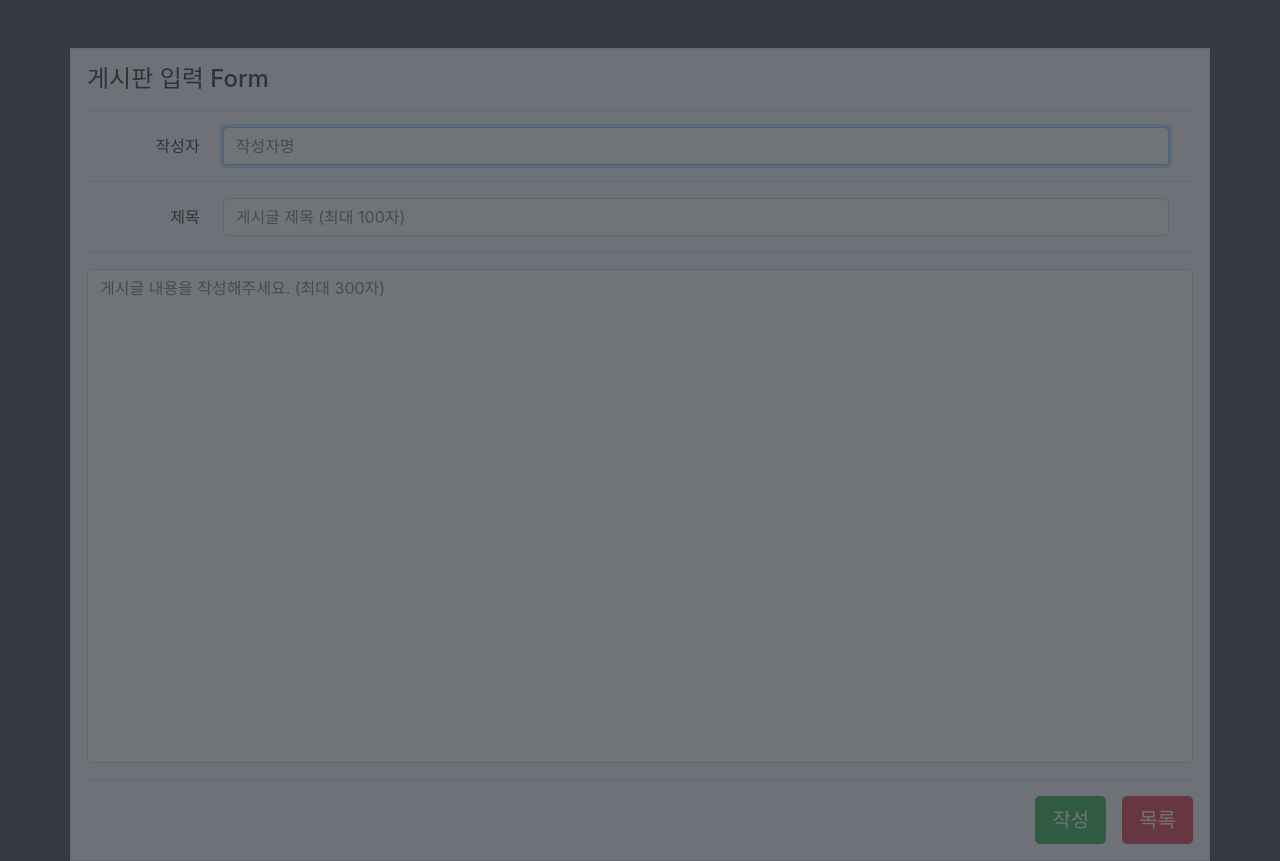
Repository: rasz60/ezen
Page: http://localhost/jspMVC/
An editor plug-in stored every save of this project. The page is shown before and after the next save, followed by the edit.
The browser window is 1280 px wide. The pictures show the whole page.
Some web libraries are served in a nearby version. The page is served by Tomcat 9. Other server files are loaded and not shown.

Above is the page before, as saved 2022-02-15 00:55:18.

### 04_jsp_servlet-workspace/jspMVC/src/main/webapp/writeForm.jsp
<%@ page language="java" contentType="text/html; charset=UTF-8"
    pageEncoding="UTF-8"%>
<%@ taglib prefix="c" uri="http://java.sun.com/jsp/jstl/core" %>
<%@ taglib prefix="fmt" uri="http://java.sun.com/jsp/jstl/fmt" %>
<%@ taglib prefix="sql" uri="http://java.sun.com/jsp/jstl/sql" %>
<%@ taglib prefix="x" uri="http://java.sun.com/jsp/jstl/xml" %>
<%@ taglib prefix="fn" uri="http://java.sun.com/jsp/jstl/functions" %>

<!DOCTYPE html>
<html lang="ko">
<head>
<meta charset="UTF-8">
<meta name="viewport" content="width=device-width, initial-scale=1">
<link rel="stylesheet" href="https://cdn.jsdelivr.net/npm/bootstrap@4.6.1/dist/css/bootstrap.min.css">
<link rel="stylesheet" href="https://pro.fontawesome.com/releases/v5.10.0/css/all.css"
	  integrity="sha384-AYmEC3Yw5cVb3ZcuHtOA93w35dYTsvhLPVnYs9eStHfGJvOvKxVfELGroGkvsg+p"
	  crossorigin="anonymous"/>
<script src="https://ajax.googleapis.com/ajax/libs/jquery/3.5.1/jquery.min.js"></script>
<script src="https://cdn.jsdelivr.net/npm/popper.js@1.16.1/dist/umd/popper.min.js"></script>
<script src="https://cdn.jsdelivr.net/npm/bootstrap@4.6.1/dist/js/bootstrap.bundle.min.js"></script>
<title>게시판 입력 Form</title>
<style>
@import url('https://fonts.googleapis.com/css2?family=Noto+Sans+KR:wght@100;300;400&display=swap');;
* {
	font-family: 'Noto Sans KR', sans-serif;
}

body {
	opacity : 30%;
}
textarea {
	resize: none;
	background-color: transparent;
}
</style>
</head>

<body class="bg-dark">

<div class="container p-3 border bg-light mt-5">
	<h4>게시판 입력 Form</h4>
	<hr />

	<form action="write.do" method="post">
		<div class="form-group row">
			<label for="bName" class="col-1 text-right ml-5 mr-2 my-auto" >작성자</label>
			<input type="text" name="bName" id="bName" class="form-control col-10" autofocus placeholder="작성자명"/>
		</div>
		<hr />
		<div class="form-group row">
			<label for="bTitle" class="col-1 text-right ml-5 mr-2 my-auto">제목</label>
			<input type="text" name="bTitle" id="bTitle" class="form-control col-10" placeholder="게시글 제목 (최대 100자)"/>
		</div>
		<hr />
		<div class="form-group text-center">
			<textarea name="bContent" id="bContent" cols="100" rows="20" class="form-control" placeholder="게시글 내용을 작성해주세요. (최대 300자)"></textarea>
		</div>
		<hr />
		<div class="d-flex justify-content-end">
			<input type="submit" value="작성" class="btn btn-success btn-lg mr-3"/>
			<a href="list.do"><input type="button" value="목록" class="btn btn-danger btn-lg" /></a>
		</div>
	</form>
</div>
</body>
</html>

### 04_jsp_servlet-workspace/jspMVC/src/main/java/com/wvwv/jspMVC/controller/BFrontController.java
package com.wvwv.jspMVC.controller;

import java.io.IOException;

import javax.servlet.RequestDispatcher;
import javax.servlet.ServletException;
import javax.servlet.annotation.WebServlet;
import javax.servlet.http.HttpServlet;
import javax.servlet.http.HttpServletRequest;
import javax.servlet.http.HttpServletResponse;

import com.wvwv.jspMVC.command.BCommand;
import com.wvwv.jspMVC.command.BWriteCommand;

/**
 * Servlet implementation class BFrontController
 */
@WebServlet("*.do")
public class BFrontController extends HttpServlet {
	private static final long serialVersionUID = 1L;

	BCommand command;

    /**
     * @see HttpServlet#HttpServlet()
     */
    public BFrontController() {
        super();
    }

	/**
	 * @see HttpServlet#doGet(HttpServletRequest request, HttpServletResponse response)
	 */
	protected void doGet(HttpServletRequest request, HttpServletResponse response) throws ServletException, IOException {
		System.out.println("doGet()");
		actionDo(request, response);
	}

	/**
	 * @see HttpServlet#doPost(HttpServletRequest request, HttpServletResponse response)
	 */
	protected void doPost(HttpServletRequest request, HttpServletResponse response) throws ServletException, IOException {
		System.out.println("doPost()");
		request.setCharacterEncoding("UTF-8");
		doGet(request, response);
	}

	protected void actionDo(HttpServletRequest request, HttpServletResponse response) throws ServletException, IOException {
		System.out.println("actionDo()");

		request.setCharacterEncoding("UTF-8");

		// RequestDispatcher로 이동할 페이지 url
		String viewPage = null;

		// request를 실제로 수행할 command class path
		BCommand command = null;

		// request uri(contextPath + command)에서 contextPath를 제외한 command 값만 저장
		String uri = request.getRequestURI();
		String cntxtPath = request.getContextPath();
		String cmd = uri.substring(cntxtPath.length());

		if( cmd.equals("/") ) {
			viewPage = "writeForm.jsp";
		} else if ( cmd.equals("/write.do") ) {
			command = new BWriteCommand();
			command.execute(request, response);
		}



		RequestDispatcher dispatcher = request.getRequestDispatcher(viewPage);
		dispatcher.forward(request, response);
	}
}

After the next save:
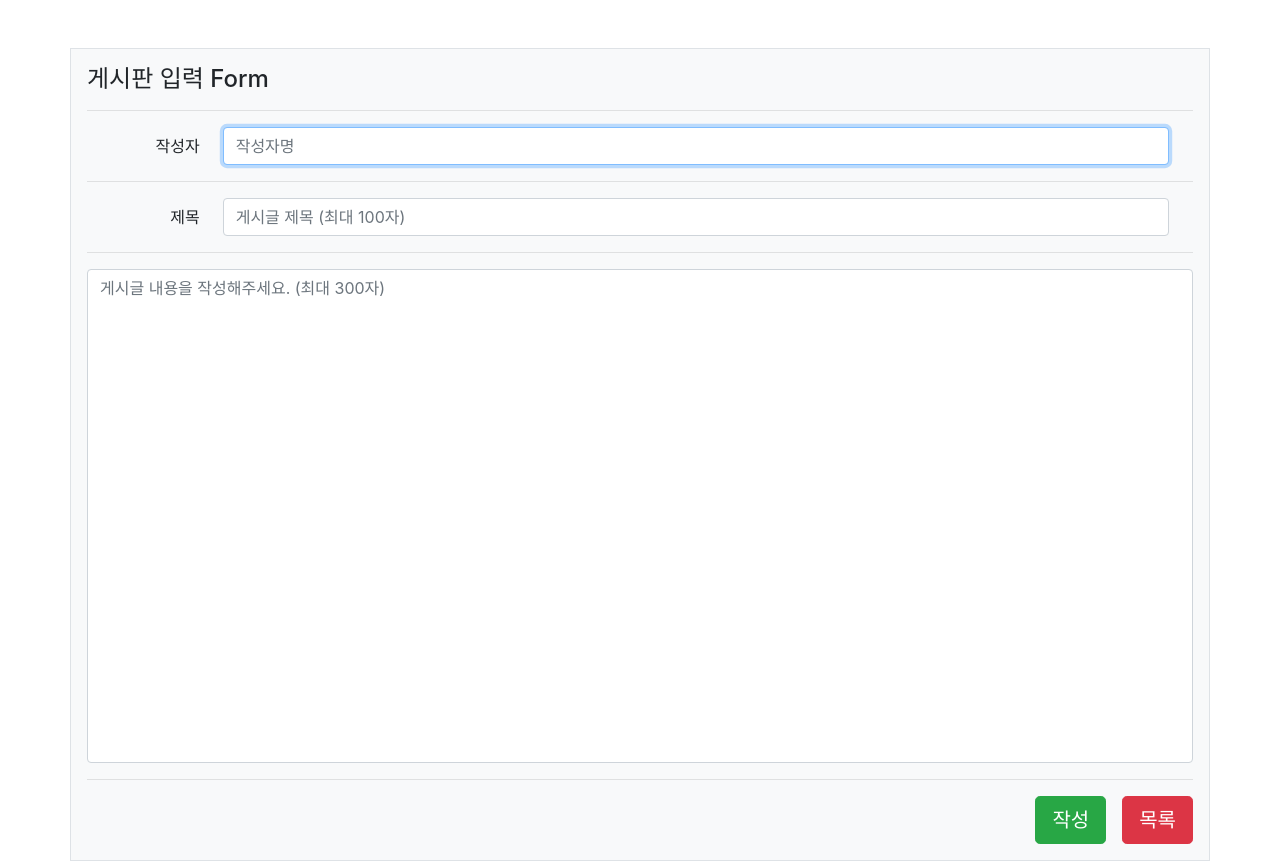
Saved 10 s later.
--- a/04_jsp_servlet-workspace/jspMVC/src/main/webapp/writeForm.jsp
+++ b/04_jsp_servlet-workspace/jspMVC/src/main/webapp/writeForm.jsp
@@ -25,9 +25,6 @@
 	font-family: 'Noto Sans KR', sans-serif;
 }
 
-body {
-	opacity : 30%;
-}
 textarea {
 	resize: none;
 	background-color: transparent;
@@ -35,7 +32,7 @@ textarea {
 </style>
 </head>
 
-<body class="bg-dark">
+<body>
 
 <div class="container p-3 border bg-light mt-5">
 	<h4>게시판 입력 Form</h4>
